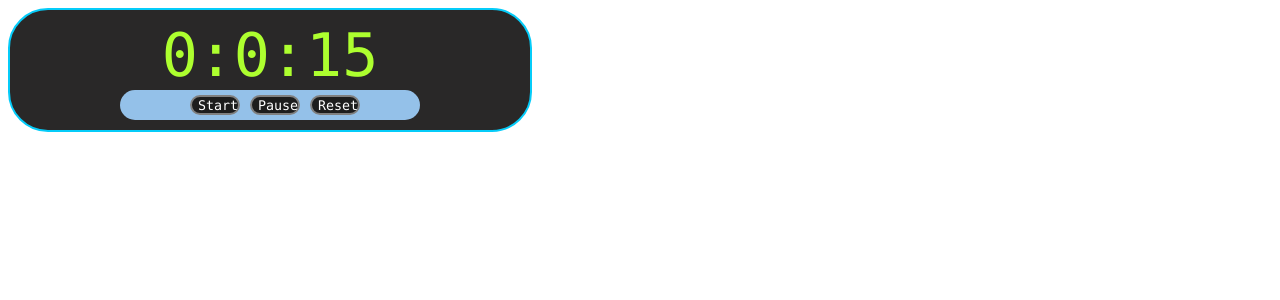
Repository: albinsabu2023/Stopwatch-program
Page: index.html
These files come from the project's save history. The page is drawn as it stood at one moment and after the next save; the edit follows.
The browser window is 1280 px wide. The pictures show the whole page.
After loading, the first visible `#start` was clicked once.

Above is the page before, as saved 2023-03-04 00:03:18.

After the next save:
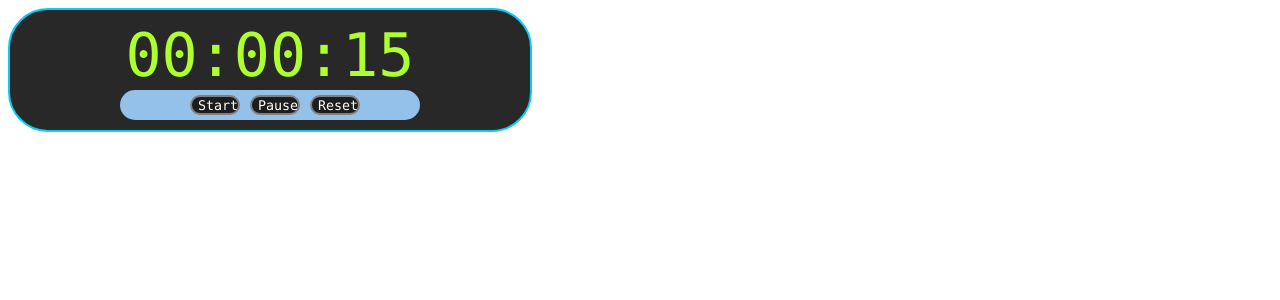
Saved 56 s later.
--- a/index.js
+++ b/index.js
@@ -31,11 +31,11 @@ function updateTime() {
   secs = Math.floor((eTime / 100) % 60);
   mins = Math.floor((eTime / (100 * 60)) % 60);
   hrs = Math.floor((eTime / (100 * 60 * 60)) % 60);
-  timer.textContent = `${hrs}:${mins}:${secs}`;
+
   secs = zerAdd(secs);
   mins = zerAdd(mins);
   hrs = zerAdd(hrs);
-
+  timer.textContent = `${hrs}:${mins}:${secs}`;
   function zerAdd(unit) {
     return ("0" + unit).length > 2 ? unit : "0" + unit;
   }
